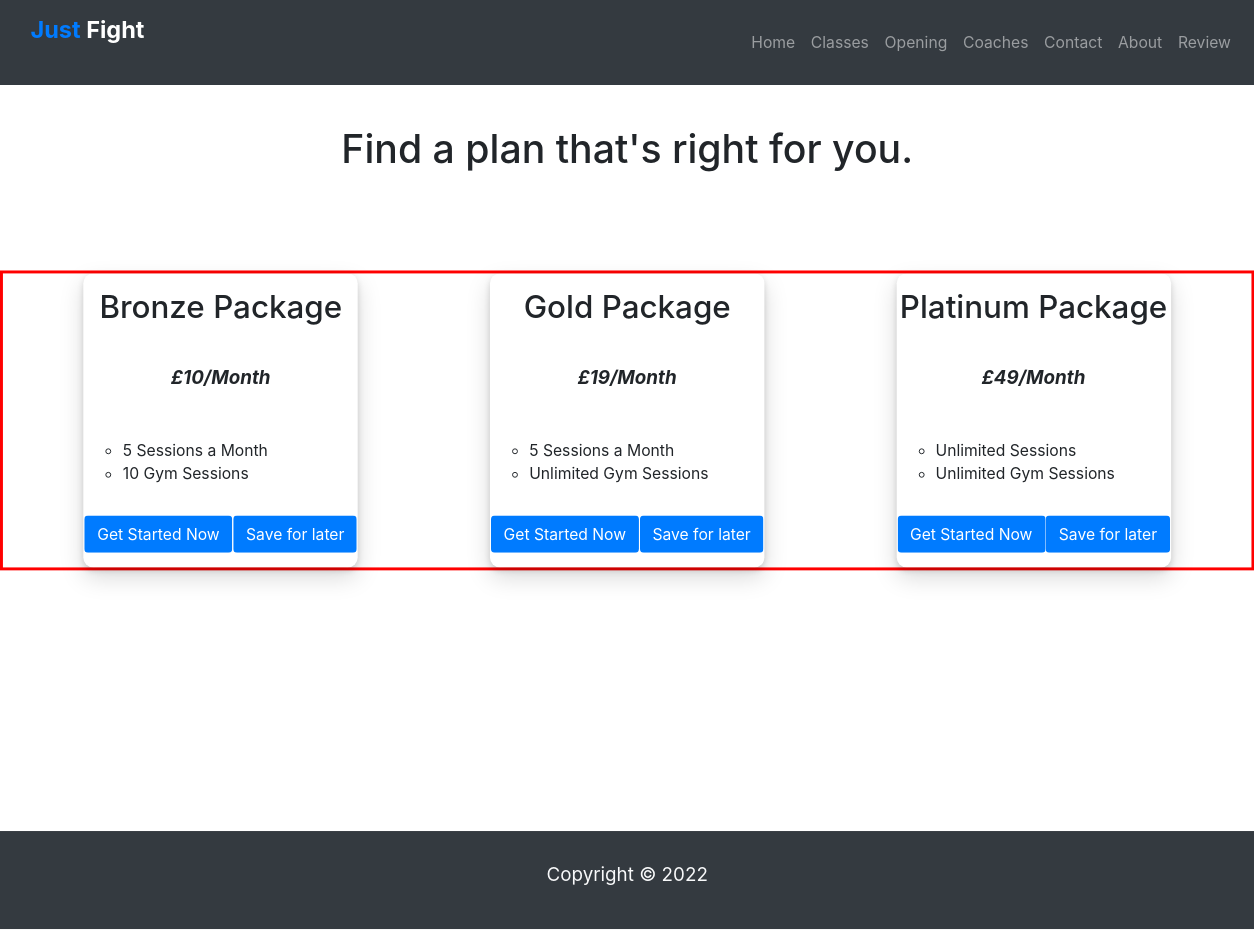
Repository: IonPara/Just-Fight
Page: plans.html
These files come from the project's save history. The page is drawn as it stood at one moment and after the next save; the edit follows.
The browser window is 1280 px wide. The pictures show the whole page, at 98% of full size.
Some web libraries are served in a nearby version.

Above is the page before, as saved 2023-03-13 16:41:54.

After the next save:
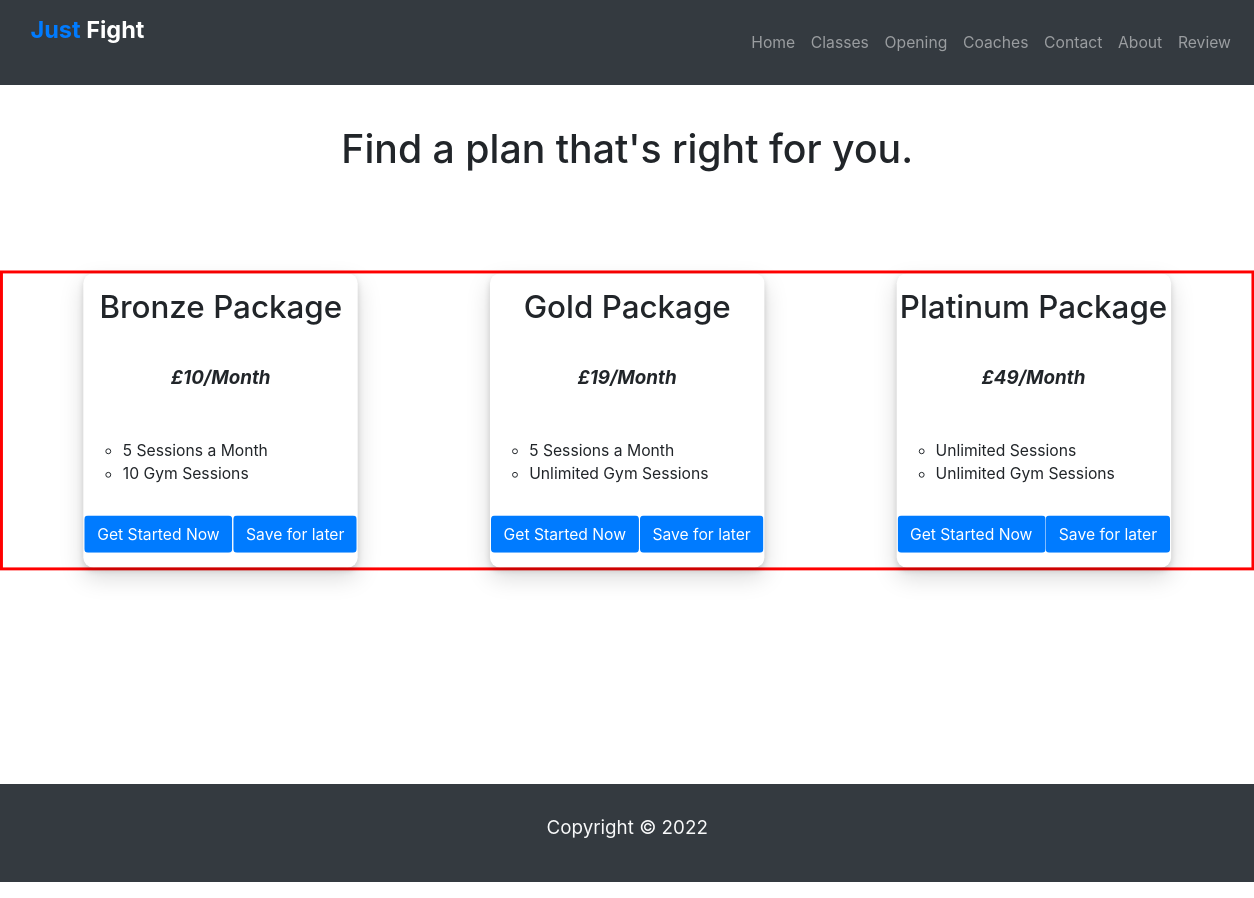
Saved 15 s later.
--- a/plans.html
+++ b/plans.html
@@ -111,7 +111,7 @@
     </section>
   </div>
   <!-- Footer -->
-  <footer class="bg-dark plans-footer text-center text-light mt-5">
+  <footer class="bg-dark plans-footer text-center text-light ">
     <p>Copyright &copy; 2022</p>
   </footer>
   <script defer src="./Js/plans.js"></script>
